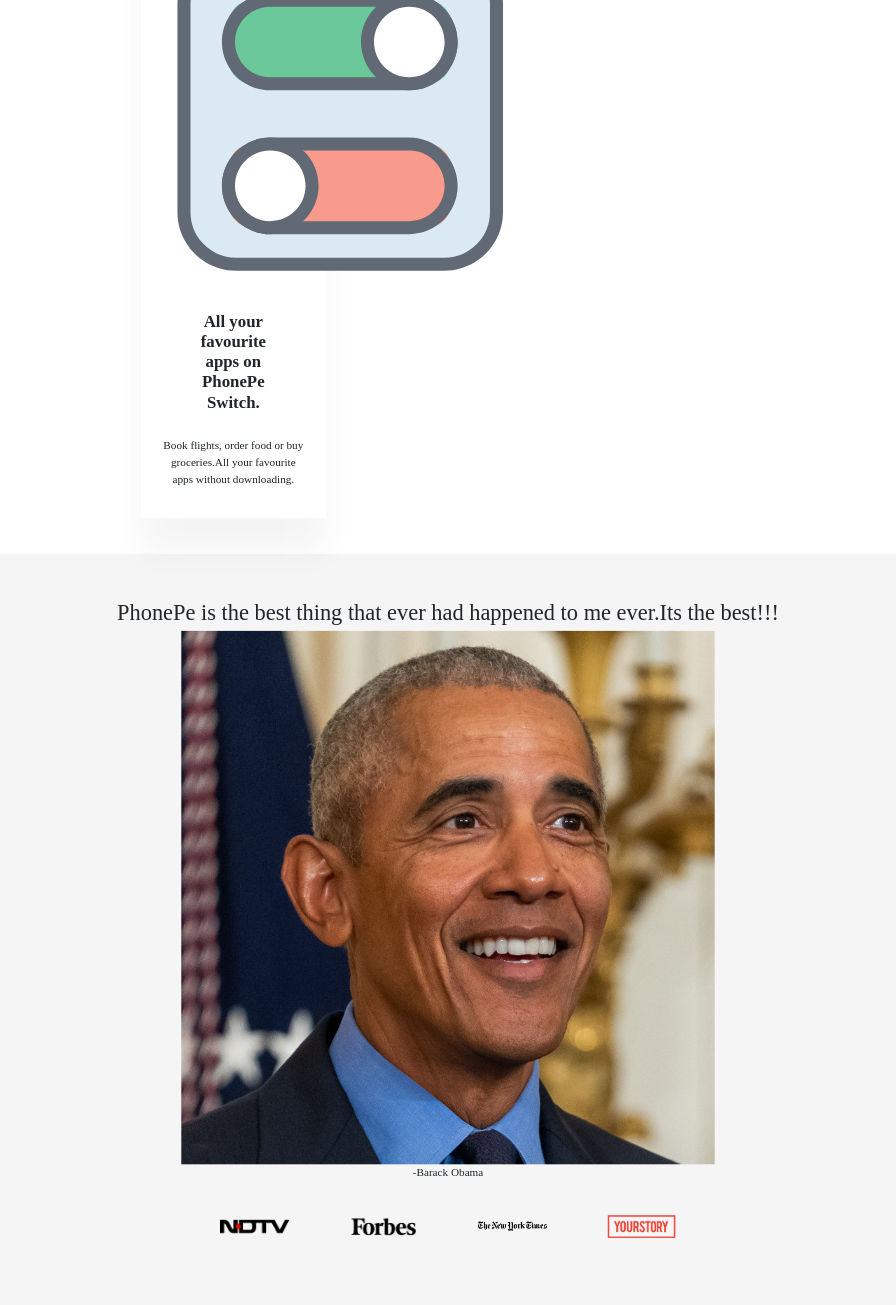
Repository: sarathraj2002/phonepe
Page: index.html
The author's editor kept a copy of each file at every save. The page is drawn from the files as they stood at one save, then again after a run of saves.
The browser window is 1280 px wide. The pictures show the part of the page from y = 746 to 2666 px (the page is 2610 px tall before and 2666 px after), at 70% of full size.
Some web libraries are served in a nearby version.

Above is the page before, as saved 2024-09-11 20:32:30.

After the next 7 saves:
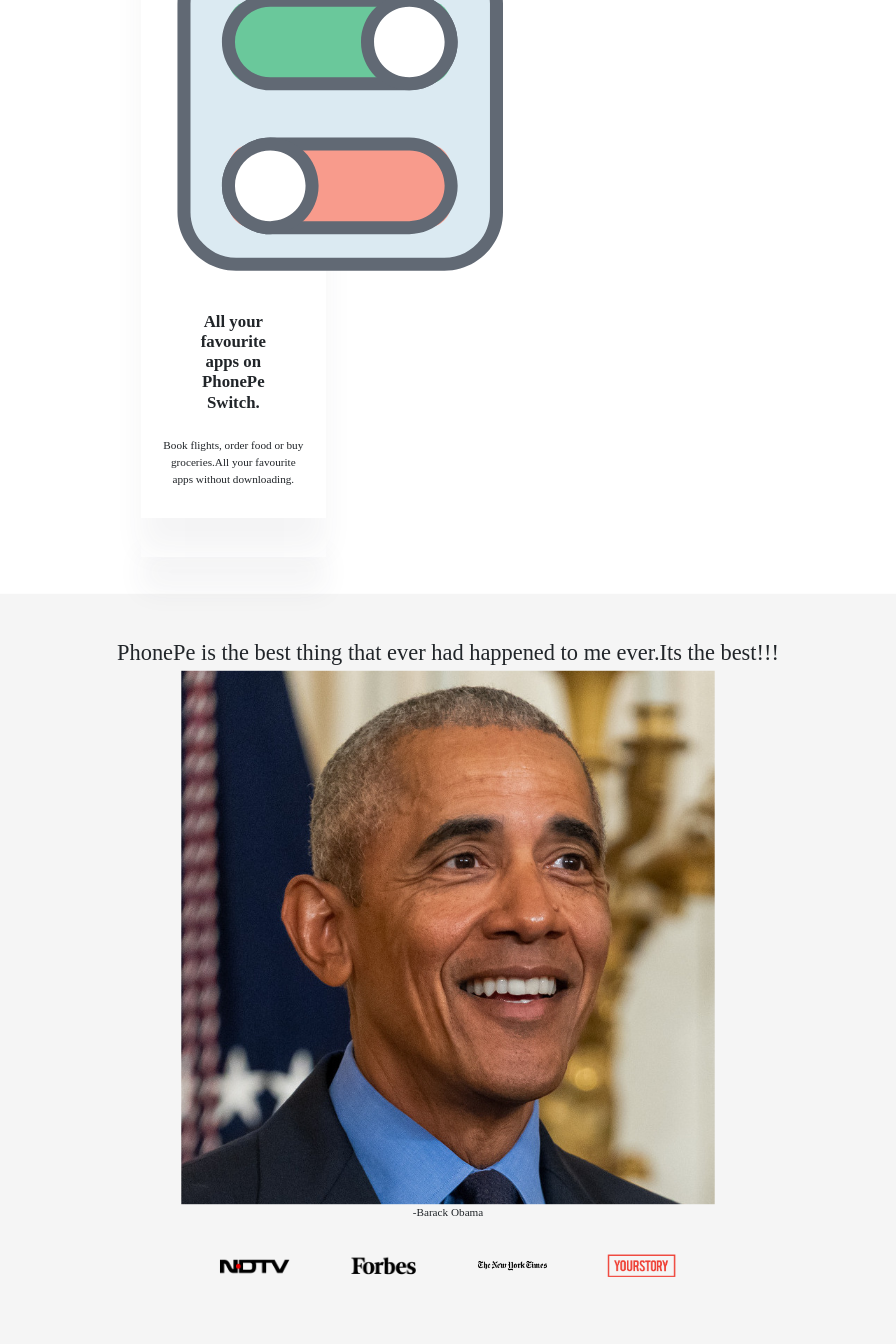
The 7 saves are shown as one change because they came seconds apart.
The last was saved 25 s later.
--- a/index.html
+++ b/index.html
@@ -60,7 +60,9 @@
                     <h3>All your favourite apps on PhonePe Switch.</h3>
                     <p>Book flights, order food or buy groceries.All your favourite apps without downloading.</p>
                 </div>
+                <div class="spacer">
 
+                </div>
             </div>
         </div>
     </section>
